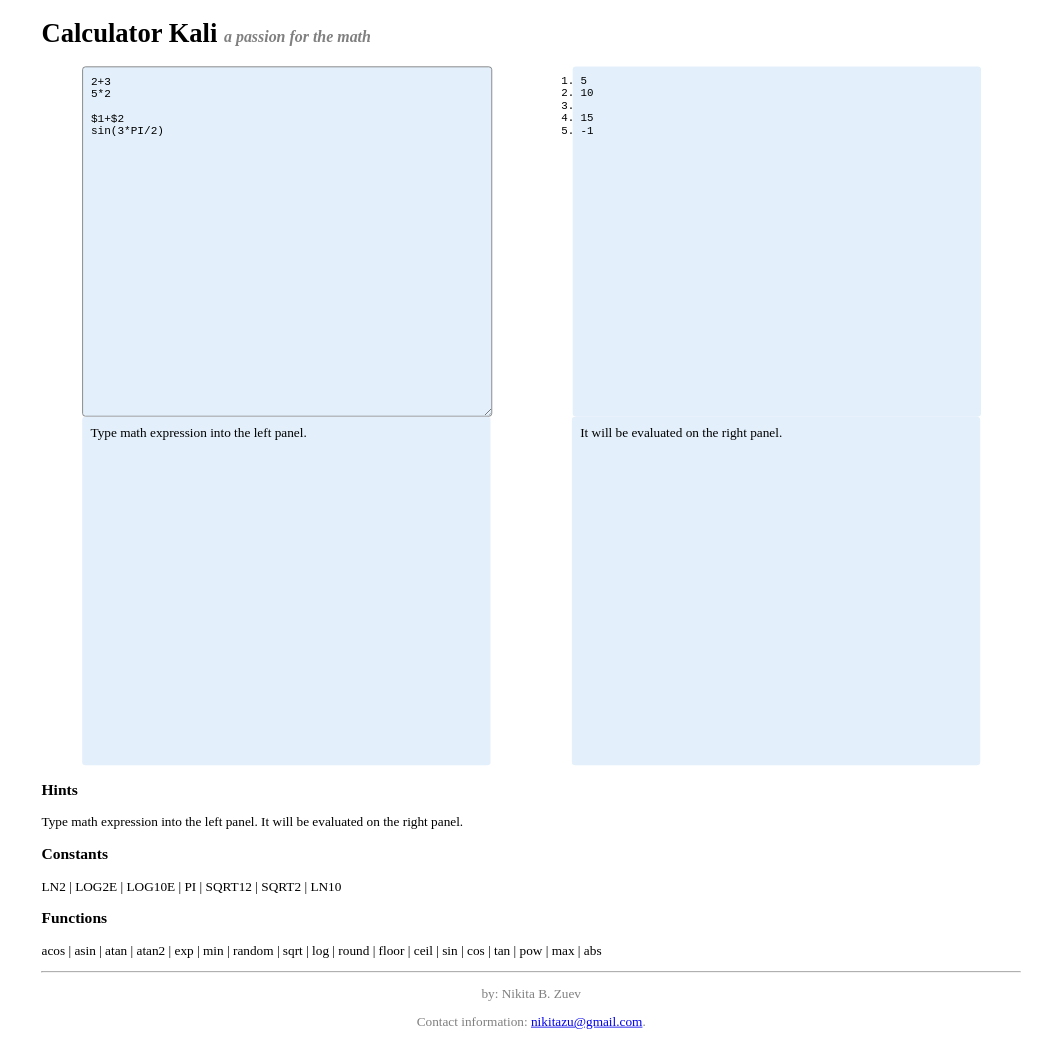
Repository: nikitazu/kali
Page: index.html
The author's editor kept a record of every edit. The page is drawn from the files as they stood at one moment, then again after the next edit.
The browser window is 1280 px wide. The pictures show the whole page, at 83% of full size.

Above is the page before.

### index.html
<!DOCTYPE html>

<html lang="en-us">

<head>
	<meta charset="utf-8">
	<title>Calculator Kali</title>
	<link rel="stylesheet" type="text/css" href="styles/main.css">
</head>

<body>
	<h1>
		Calculator Kali
		<span class="subtitle"> a passion for the math</span>
	</h1>

	<div id="mainContent" class="code-block-holder">
		<textarea
			id="evaluator"
			class="code-block"
			type="textarea"
			name="evaluator"
			v-model="inputText"
			v-on="click: evaluatorInputTextChanged">
		</textarea>

		<div
			id="results"
			class="code-block"
			v-html="inputText | evaluate">
		</div>
	</div>

	<div class="code-block-holder">
		<div class="code-block">
			Type math expression into the left panel.
		</div>

		<div class="code-block">
			It will be evaluated on the right panel.
		</div>
	</div>

	<div id="help">

		<h3>Hints</h3>
		<p>
			Type math expression into the left panel.
			It will be evaluated on the right panel.
		</p>

		<h3>Constants</h3>
		<p>
			LN2 | LOG2E | LOG10E | PI | SQRT12 | SQRT2 | LN10
		</p>

		<h3>Functions</h3>
		<p>
			acos | asin | atan | atan2 | exp | min | random | sqrt |
			log | round | floor | ceil | sin | cos | tan | pow | max | abs
		</p>
	</div>

	<footer>
		<hr />
		<p>by: Nikita B. Zuev</p>
		<p>Contact information: <a href="mailto:nikitazu@gmail.com">nikitazu@gmail.com</a>.</p>
	</footer>

	<script src="libs/_bower.js"></script>
	<script src="app/main.js"></script>

</body>
</html>

### styles/main.css
#mainContent {
	font-family: monospace;
}

.code-block-holder {
	display: flex;
	flex-direction: row;
	justify-content: space-around;
}

.code-block {
	background-color: #E3F0FB;
	border-radius: 4px;
	padding: 10px;
	width: 40%;
	min-height: 400px;
}

p.code-block {
	min-height: 30px;
	text-align: center;
	color: gray;
}

#results ol {
	padding: 0;
	margin: 0;
}

body {
	margin-left: 50px;
	margin-right: 50px;
}

h1 .subtitle {
	color: gray;
	font-size: 60%;
	font-style: italic;
}

footer {
	text-align: center;
	color: gray;
}

.buttonStyle {
	border-radius: 4px;
	border: thin solid #F0E020;
	padding: 5px;
	background-color: #F8F094;
	font-family: "Segoe UI", Tahoma, Geneva, Verdana, sans-serif;
	font-weight: bold;
	color: #663300;
	width: 75px;
}

.buttonStyle:hover {
	border: thin solid #FFCC00;
	background-color: #FCF9D6;
	color: #996633;
	cursor: pointer;
}
.buttonStyle:active {
	border: thin solid #99CC00;
	background-color: #F5FFD2;
	color: #669900;
	cursor: pointer;
}

### app/main.js
(function() {


function tryEval(expression, context) {
    try {
        return math.eval(expandContext(expression, context)) || '';
    } catch(e) {
        return e;
    }
}

function expandContext(expression, context) {
    var temp = expression;

    for (var i = 0; i < context.length; i++) {
        var previousResult = context[i];

        temp = temp.replace('$'+(i+1), previousResult);
    }

    return temp;
}


var app = new Vue({
    el: '#mainContent',

    data: {
        inputText: '2+3\n5*2\n\n$1+$2\nsin(3*PI/2)'
    },

    filters: {
        evaluate: function (data) {
            if (typeof(data) == 'undefined') {
                return '';
            }
            var lines = data.split('\n');
            var result = '';
            var context = new Array(lines.length);

            for (var i = 0; i < lines.length; i++) {
                var line = lines[i];
                var processedItem = tryEval(line, context);
                context[i] = processedItem;
                result += ('<li>' + processedItem + '</li>');
            }

            return '<ol>' + result + '</ol>';
        }
    }
});

})();

Loaded but not shown: libs/_bower.js (library)

After the next edit:
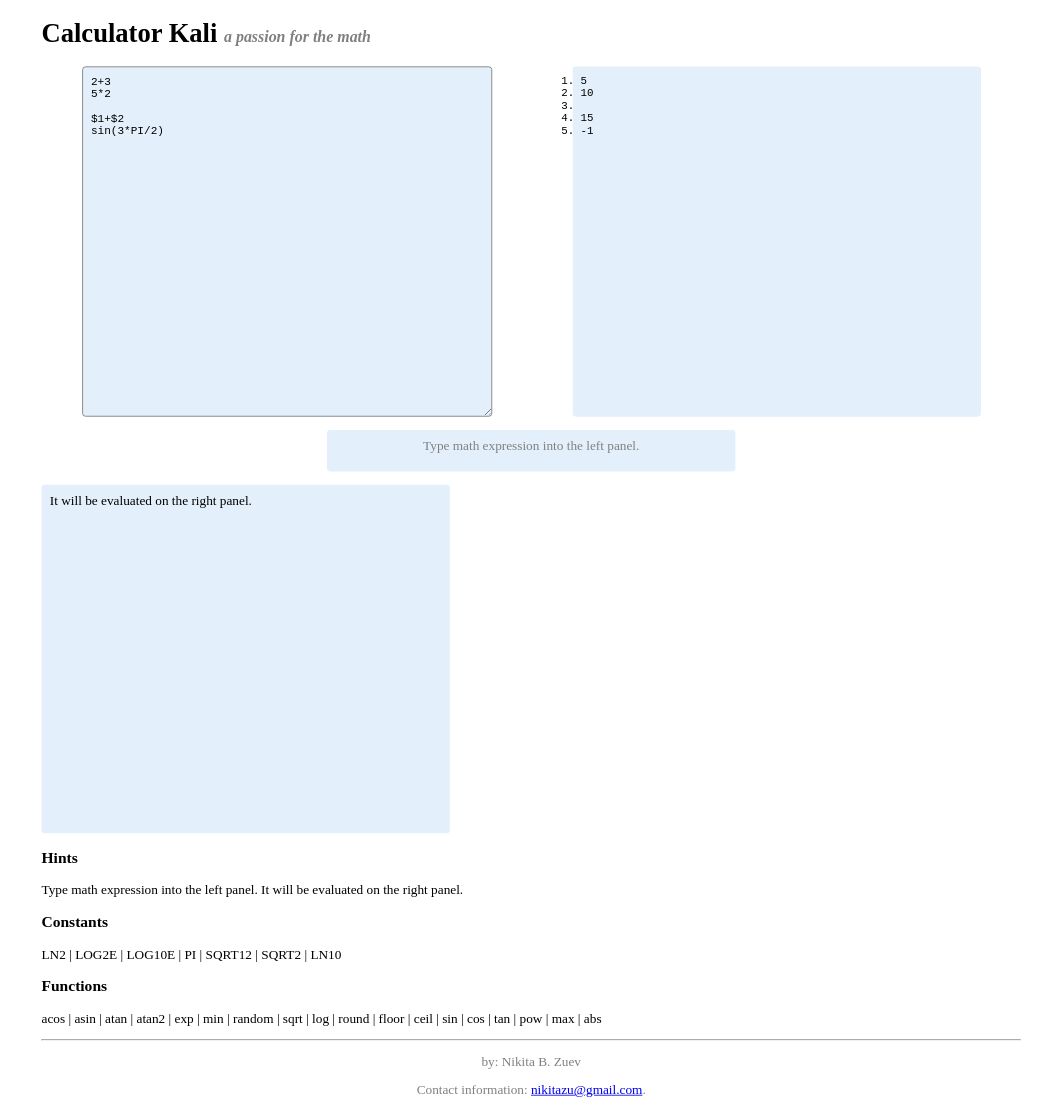
The edit:
--- a/index.html
+++ b/index.html
@@ -32,7 +32,7 @@
 	</div>
 
 	<div class="code-block-holder">
-		<div class="code-block">
+		<p class="code-block">
 			Type math expression into the left panel.
 		</div>
 
